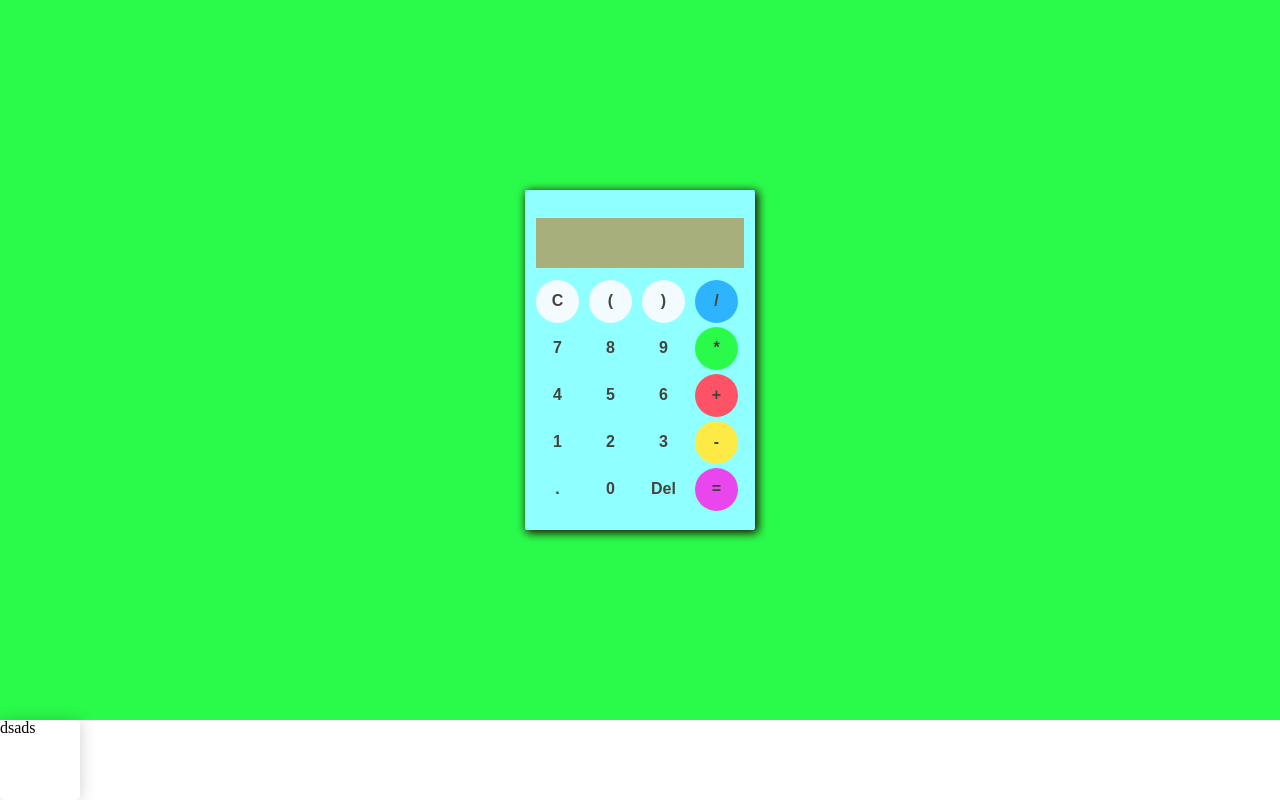
Repository: ServerK001/CalcJsVanilha
Page: index.html
These files come from the project's save history. The page is drawn as it stood at one moment and after the next save; the edit follows.
The browser window is 1280 px wide. The pictures show the whole page.

Above is the page before, as saved 2022-02-15 18:38:11.

After the next save:
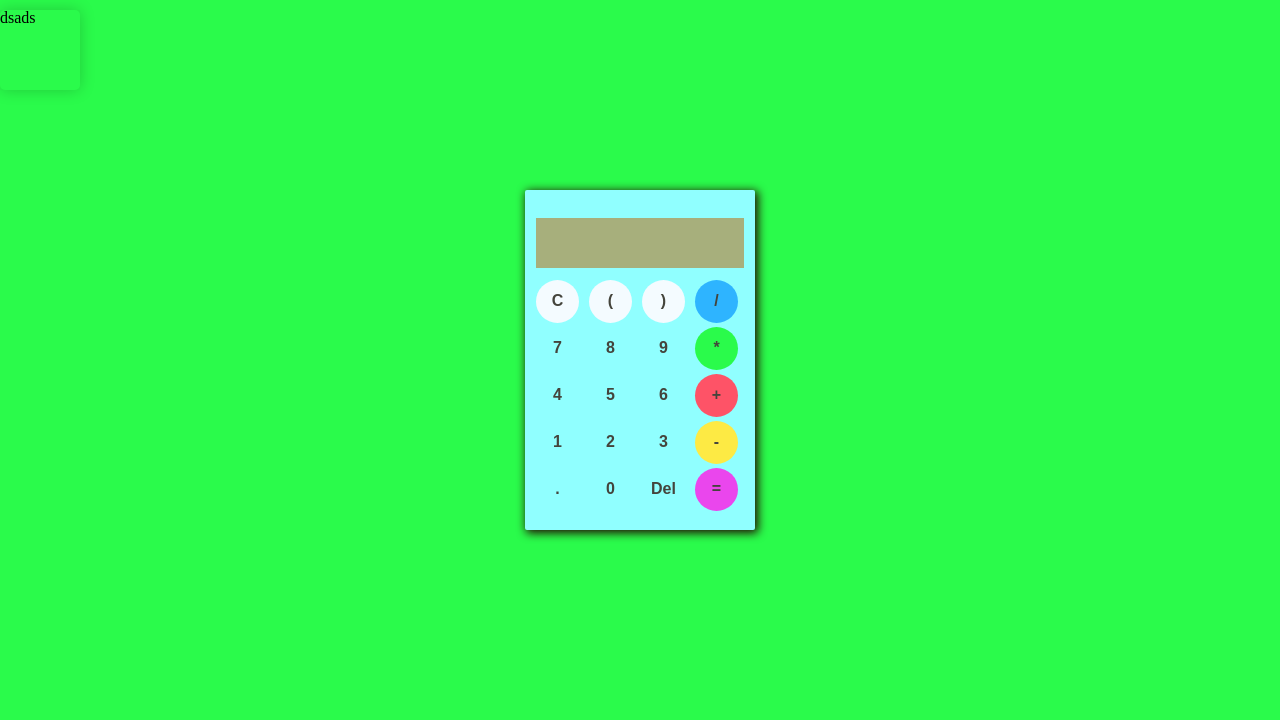
Saved 12 s later.
--- a/style.css
+++ b/style.css
@@ -121,6 +121,7 @@
 	box-shadow: 0 0 1rem 0 rgba(0, 0, 0, .2);
 	border-radius: 5px;
 	position: absolute;
+    top: 10px;
 	z-index: 1;
 	background: inherit;
 	overflow: hidden;

After the save that followed:
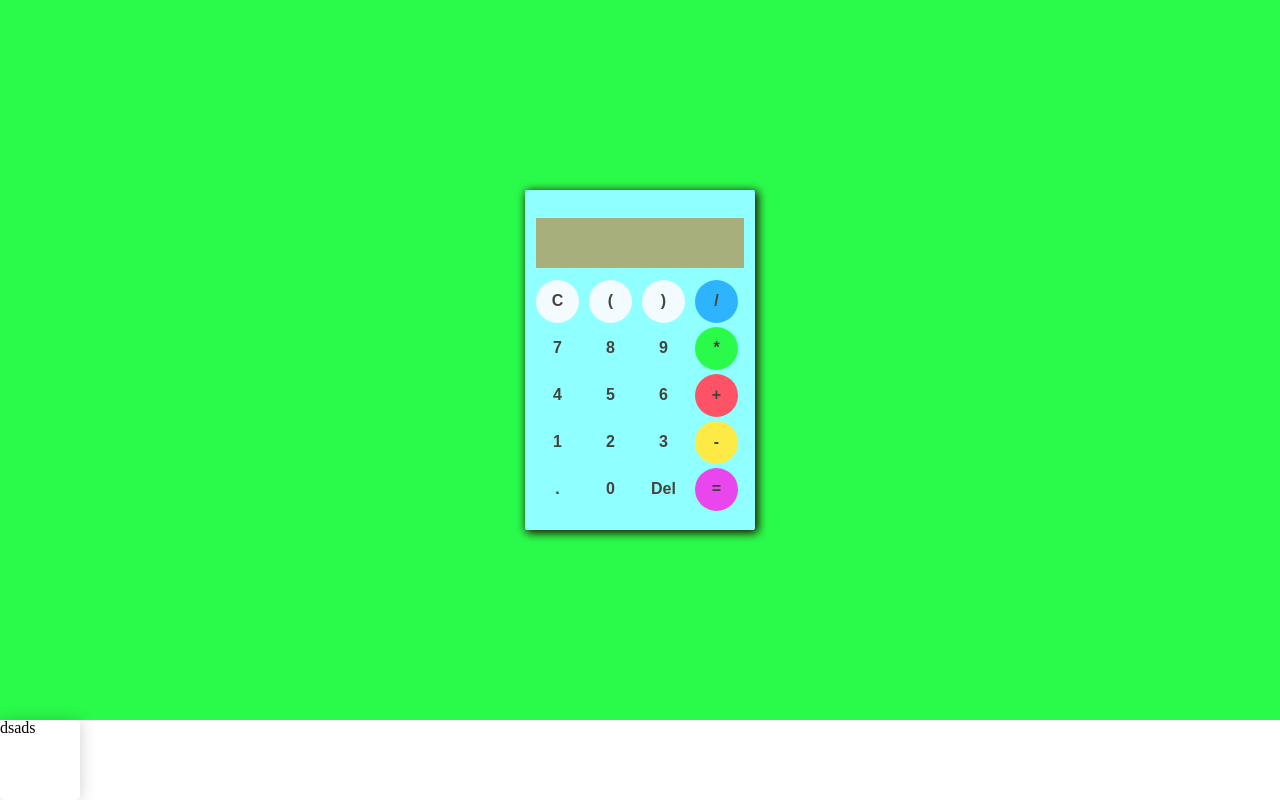
Saved 17 s later.
--- a/style.css
+++ b/style.css
@@ -121,7 +121,7 @@
 	box-shadow: 0 0 1rem 0 rgba(0, 0, 0, .2);
 	border-radius: 5px;
 	position: absolute;
-    top: 10px;
+    top: ;
 	z-index: 1;
 	background: inherit;
 	overflow: hidden;
